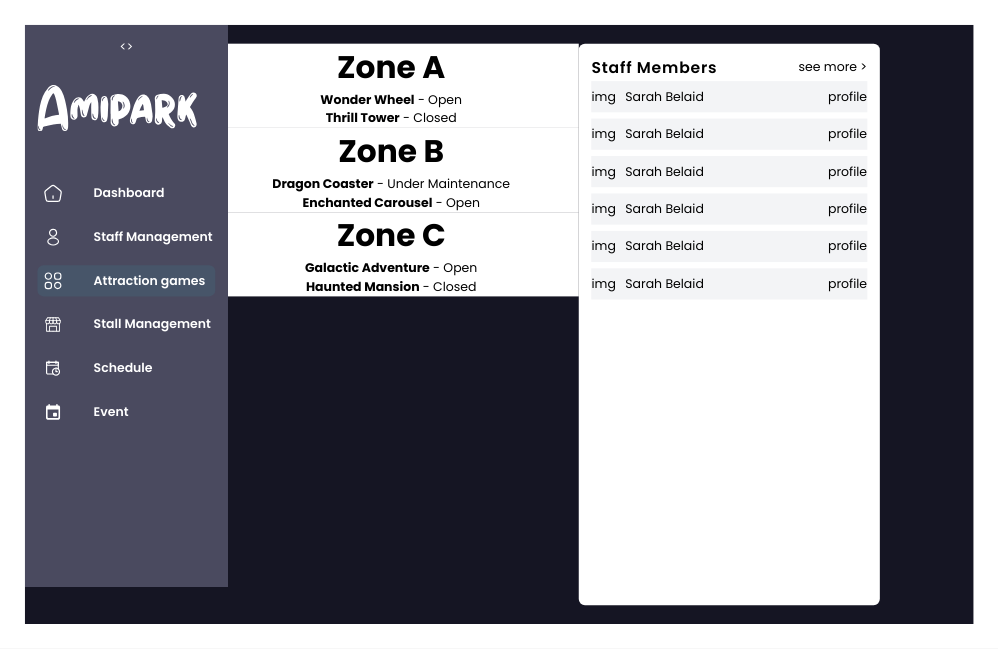
Repository: ImedBousakhria/BDD_AmusementPark_Management-Info
Page: /Attraction (app in client/)
An editor plug-in stored every save of this project. The page is shown before and after a run of saves, followed by the edit.
The browser window is 1280 px wide. The pictures show the whole page, at 78% of full size.
The project was rebuilt for these pictures with package versions that can differ from the ones it lists, and the page was loaded fresh each time. Also part of the build but not shown: client/vite.config.js, client/src/SignIn.jsx, client/src/Signup.jsx, client/src/LandingPage.jsx, client/src/components/Selector.jsx, client/src/Schedule.jsx, client/src/components/charts/AttendanceBars.jsx, client/src/components/charts/AttractionBars.jsx and 7 more.

Above is the page before, as saved 2024-01-10 14:30:12.

### client/src/App.jsx
import React from "react";
import ReactDOM from "react-dom/client";
import { createRoot } from "react-dom/client";

import { BrowserRouter, Routes, Route } from "react-router-dom";

import SignIn from "./SignIn.jsx";
import SignUp from "./Signup.jsx";
import "./index.css";
import LandingPage from "./LandingPage.jsx";
import Schedule from "./Schedule.jsx";
import Dashboard from "./Dashboard.jsx";
import HomeLayout from "./components/super/HomeLayout.jsx";
import Attractions from "./Attractions.jsx";
import Event from "./Event.jsx";
import Stall from "./Stall.jsx";
import Staff from "./Staff.jsx";

const App = () => {
  return (
    <BrowserRouter>
      <Routes>
        <Route path={"/"} element={<LandingPage />} />

        <Route path={"/Signup"} element={<SignUp />} />
        <Route path={"/Signin"} element={<SignIn />} />
        <Route
          path={"/Schedule"}
          element={<HomeLayout pageComponent={<Schedule />} />}
        />
        <Route
          path={"/Home"}
          element={<HomeLayout pageComponent={<Dashboard />} />}
        />
        <Route
          path={"/Attraction"}
          element={<HomeLayout pageComponent={<Attractions />} />}
        />
        <Route
          path={"/Event"}
          element={<HomeLayout pageComponent={<Event />} />}
        />
        <Route
          path={"/Stall"}
          element={<HomeLayout pageComponent={<Stall />} />}
        />
        <Route
          path={"/Staff"}
          element={<HomeLayout pageComponent={<Staff />} />}
        />
      </Routes>
    </BrowserRouter>
  );
};

export default App;

const root = createRoot(document.getElementById("root"));
root.render(<App />);

### client/src/index.css
@import url("https://fonts.googleapis.com/css2?family=Poppins:wght@100;300;400;500;600;700&display=swap");

@tailwind base;
@tailwind components;
@tailwind utilities;

@layer base {
  a {
    @apply cursor-pointer;
  }
  h1 {
    @apply text-[50px] font-bold;
  }
  h2 {
    @apply text-[2.5rem] font-bold;
  }
  p {
  }
  h3 {
  }
  h4 {
    @apply text-[1rem] font-semibold;
  }
  textarea {
  }
  input {
  }
  select {
  }
}

* {
  font-family: "Poppins", sans-serif;
  box-sizing: border-box;
  padding: 0;
  margin: 0;
}

.bg-grad {
  background: linear-gradient(180deg, transparent 0%, #272741 80%);
}

.VerticalAppointment-content {
  width: max-content;
  color: "#333" !important ;
}
.Appointment-appointment {
  color: "#333" !important ;
}

.MainLayout-stickyElement {
  color: "#fff" !important;
}

.css-1675apn-MuiTableCell-root .Cell-highlightedText {
}


.nav-item::after {
  content: "";
  display: block;
  width: 0;
  height: 2px;
  margin-top: 2px;
  background-color: rgb(102, 209, 243);
  transition: width 0.3s;
}

.nav-item:hover::after {
  width: 100%;
}

.VerticalAppointment-title, .VerticalAppointment-textContainer {
  @apply text-gray-400 font-light
}

### client/src/components/super/HomeLayout.jsx
import React, { useState } from "react";
import SideBar from "./SideBar";

const HomeLayout = ({ pageComponent }) => {
  const [isSidebarOpen, setIsSidebarOpen] = useState(true);

  return (
    <div className=" flex bg-darkBG">
      <div
        className={` transition-all duration-300 ${
          isSidebarOpen ? " basis-[17%] " : " basis-[9%]"
        } `}
      >
        <SideBar
          isSidebarOpen={isSidebarOpen}
          setIsSidebarOpen={setIsSidebarOpen}
        />
      </div>

      <div
        className={` ${
          isSidebarOpen ? " basis-[80%] " : " basis-[80%]"
        } h-full w-full m-6 `}
      >
        {pageComponent}
      </div>
    </div>
  );
};

export default HomeLayout;

### client/src/Attractions.jsx
import React from "react";
import StaffList from "./components/StaffList";
import { zones } from "./consts";

const Attractions = () => {
  return (
    <div className="flex min-h-screen">
      <div className="basis-[50%]">
        {zones.map((zone, zoneIndex) => (
          <div key={zoneIndex} className="bg-white">
            <h2>{zone.title}</h2>
            <div>
              {zone.games.map((game, gameIndex) => (
                <div key={gameIndex}>
                  <strong>{game.title}</strong> - {game.status}
                </div>
              ))}
            </div>
          </div>
        ))}
      </div>

      <div className="basis-[50%]">
        <StaffList />
      </div>
    </div>
  );
};

export default Attractions;

### client/src/components/StaffList.jsx
import React from "react";
import StaffMember from "./StaffMember";

const data = [
  {
    firstName: "Sarah",
    lastName: "Belaid",
    email: "s.belaid@gmail.com",
  },
  {
    firstName: "Sarah",
    lastName: "Belaid",
    email: "s.belaid@gmail.com",
  },
  {
    firstName: "Sarah",
    lastName: "Belaid",
    email: "s.belaid@gmail.com",
  },
  {
    firstName: "Sarah",
    lastName: "Belaid",
    email: "s.belaid@gmail.com",
  },
  {
    firstName: "Sarah",
    lastName: "Belaid",
    email: "s.belaid@gmail.com",
  },
  {
    firstName: "Sarah",
    lastName: "Belaid",
    email: "s.belaid@gmail.com",
  },
];

const StaffList = () => {
  return (
    <div className="bg-white p-4 flex flex-col h-full w-[80%] rounded-lg ">
      <div className="flex justify-between items-center">
        {" "}
        <h3 className=" text-xl font-semibold tracking-wider">Staff Members</h3>
        <a href="" className="flex items-center">
          see more {">"}
        </a>
      </div>
      {data.map((el, i) => (
        <StaffMember element={el} />
      ))}
    </div>
  );
};

export default StaffList;

### client/src/components/super/SideBar.jsx
import React, { useState } from "react";
import logo from "../../assets/icons/logo.svg";
import game from "../../assets/nav icons/attractions.svg";
import dashboard from "../../assets/nav icons/dashboard.svg";
import event from "../../assets/nav icons/event.svg";
import schedule from "../../assets/nav icons/schedule.svg";
import staff from "../../assets/nav icons/staff.svg";
import stall from "../../assets/nav icons/stall.svg";
import { Link, useLocation } from "react-router-dom";
import { motion } from "framer-motion";

const SideBar = ({ isSidebarOpen, setIsSidebarOpen }) => {
  const location = useLocation();
  const sidebarVariants = {
    open: { width: "260px" }, // Width while SideBar's open
    closed: { width: "70px" }, // Closed
  };

  const sidebarTransition = {
    type: "tween",
    duration: 0.3,
  };

  const toggleSidebar = (state) => {
    state === "on" ? setIsSidebarOpen(true) : setIsSidebarOpen(false);
  };

  return (
    <motion.div
      variants={sidebarVariants}
      initial="open"
      transition={sidebarTransition}
      animate={isSidebarOpen ? "open" : "closed"}
      className={`fixed h-screen bg-lightBG text-white p-4 flex flex-col `}
    >
      <div>
        <div className=" flex flex-col gap-[2rem]">
          <h3
            className="cursor-pointer"
            onClick={() => setIsSidebarOpen(!isSidebarOpen)}
          >
            {"<>"}
          </h3>
          <img
            src={logo}
            alt="Your Logo"
            className={`transition-transform origin-left duration-300      ${
              isSidebarOpen ? " scale-90" : ""
            }

            } `}
          />
        </div>
      </div>
      <div className="mt-10">
        <ul className="">
          <SidebarButton
            barState={isSidebarOpen}
            to="/home"
            icon={dashboard}
            text="Dashboard"
            currentPath={location.pathname}
            onClick={() => toggleSidebar("on")}
          />
          <SidebarButton
            barState={isSidebarOpen}
            to="/Staff"
            icon={staff}
            text="Staff Management"
            currentPath={location.pathname}
            onClick={() => toggleSidebar("on")}
          />
          <SidebarButton
            barState={isSidebarOpen}
            to="/Attraction"
            icon={game}
            text="Attraction games"
            currentPath={location.pathname}
            onClick={() => toggleSidebar("on")}
          />
          <SidebarButton
            barState={isSidebarOpen}
            to="/Stall"
            icon={stall}
            text="Stall Management"
            currentPath={location.pathname}
            onClick={() => toggleSidebar("on")}
          />

          <SidebarButton
            barState={isSidebarOpen}
            to={"/schedule"}
            icon={schedule}
            text="Schedule"
            currentPath={location.pathname}
            /* onClick={() => {
              toggleSidebar("on");
              toggleDropDown();
            }} */
            /* "Remove Token from Local Storage"); */
          />
          <SidebarButton
            barState={isSidebarOpen}
            to="/Event"
            icon={event}
            text="Event"
            currentPath={location.pathname}
            onClick={() => toggleSidebar("on")}
          />
        </ul>
      </div>
    </motion.div>
  );
};

function SidebarButton({ to, icon, text, currentPath, onClick, barState }) {
  const isCurrent = to === currentPath;

  return (
    <li onClick={onClick}>
      <Link
        to={to}
        className={`flex items-center p-2 rounded-lg transition-colors  my-4 flex-shrink-0 ${
          isCurrent ? " bg-slate-600" : " hover:bg-slate-800 "
        }
          `}
      >
        {/* <i className={`${icon} text-xl mr-2`} /> */}
        <img
          src={icon}
          className={` ${barState ? "  " : "  "} h-6 w-6 mr-10`}
          alt="notification"
        />

        <span
          className={`    transition-transform origin-left duration-300      ${
            barState ? "scale-100" : "scale-0"
          }
          min-w-max font-semibold monstserrat text-white `}
        >
          {text}
        </span>
      </Link>
    </li>
  );
}

export default SideBar;

### client/src/consts.js
export const zones = [
  {
    title: "Zone A",
    teams: [
      {
        name: "Team 1",
        staff: [
          { name: "Alice Johnson", email: "alice@example.com" },
          { name: "Bob Smith", email: "bob@example.com" },
        ],
      },
      {
        name: "Team 2",
        staff: [
          { name: "Charlie Brown", email: "charlie@example.com" },
          { name: "Diana Miller", email: "diana@example.com" },
        ],
      },
    ],
    games: [
      {
        title: "Wonder Wheel",
        ageRating: "E for Everyone",
        status: "Open",
      },
      {
        title: "Thrill Tower",
        ageRating: "T for Teen",
        status: "Closed",
      },
    ],
    stalls: [
      {
        name: "Stall 1",
        category: "Food",
      },
      {
        name: "Stall 2",
        category: "Gift",
      },
    ],
  },
  {
    title: "Zone B",
    teams: [
      {
        name: "Team 3",
        staff: [
          { name: "Eva Davis", email: "eva@example.com" },
          { name: "Frank Thomas", email: "frank@example.com" },
        ],
      },
      {
        name: "Team 4",
        staff: [
          { name: "Grace Wilson", email: "grace@example.com" },
          { name: "Henry Clark", email: "henry@example.com" },
        ],
      },
    ],
    games: [
      {
        title: "Dragon Coaster",
        ageRating: "Mature",
        status: "Under Maintenance",
      },
      {
        title: "Enchanted Carousel",
        ageRating: "E10+",
        status: "Open",
      },
    ],
    stalls: [
      {
        name: "Stall 3",
        category: "Food",
      },
      {
        name: "Stall 4",
        category: "Gift",
      },
    ],
  },
  {
    title: "Zone C",
    teams: [
      {
        name: "Team 5",
        staff: [
          { name: "Isaac White", email: "isaac@example.com" },
          { name: "Jessica Turner", email: "jessica@example.com" },
        ],
      },
      {
        name: "Team 6",
        staff: [
          { name: "Kevin Harris", email: "kevin@example.com" },
          { name: "Laura Evans", email: "laura@example.com" },
        ],
      },
    ],
    games: [
      {
        title: "Galactic Adventure",
        ageRating: "E10+",
        status: "Open",
      },
      {
        title: "Haunted Mansion",
        ageRating: "Mature",
        status: "Closed",
      },
    ],
    stalls: [
      {
        name: "Stall 5",
        category: "Food",
      },
      {
        name: "Stall 6",
        category: "Gift",
      },
    ],
  },
  // Add more zones as needed
];

### client/src/components/StaffMember.jsx
import React from "react";

const StaffMember = ({ element }) => {
  return (
    <div className="flex justify-between py-2 my-1 bg-gray-100">
      <div className="flex gap-3">
        <div>img</div>
        <div>
          {element.firstName} {element.lastName}
        </div>
      </div>

      <div>profile</div>
    </div>
  );
};

export default StaffMember;

### client/tailwind.config.js
/** @type {import('tailwindcss').Config} */
module.exports = {
  content: ["./src/**/*.{js,jsx,ts,tsx}"],
  theme: {
    extend: {
      colors: {
        customGray : "#F5F5F5",
        customDark : "#323134",
        customPink : "#D37A7B",
        customPurple : "#A5A4FF",
        customYellow : "#F9B234",
        customBlue : "#1ABBED",
        primaryBG: "#272741",
        lightBG: "#4A4A5F",
        darkBG: "#151523",

        creamYellow: "#FBCB77",
        creamPink: "#F1B7C1",
        creamBlue: "#66D1F3",
        creamPurple: "#BBB4D7",
        creamGreen: "#A7EAD1",
        creamOrange: "#FFCEAB",
        creamLime: "#E3E9BE"

      },
    },
  },
  plugins: [],
};

### client/src/components/GameCard.jsx
import React, { useState } from "react";
import game from "../assets/icons/game.svg";
import moredots from "../assets/icons/moredots.svg";
import Rating from "@material-ui/lab/Rating";

const GameCard = () => {
  return (
    <div className="flex flex-col bg-white h-max w-max rounded-md p-2">
      <img
        src={moredots}
        className=" w-5 place-self-end cursor-pointer hover:opacity-60"
        alt=""
      />
      <div className="flex">
        <img src={game} alt="" />
        <Details
          title={"Thriller Seeker Express"}
          genre={"Attraction"}
          age={16}
          currentStatus={"Open"}
        />
      </div>
      <small className=" text-customPink font-medium cursor-pointer place-self-end">
        See in map
      </small>
    </div>
  );
};

export default GameCard;

const Details = ({ title, userType, genre, age, currentStatus }) => {
  const [value, setValue] = useState(0);

  let statusColorClass = "";

  switch (currentStatus) {
    case "Open":
      statusColorClass = "text-green-600";
      break;
    case "Closed":
      statusColorClass = "text-red-600";
      break;
    case "Under maintenance":
      statusColorClass = "text-orange-600";
      break;
    default:
      statusColorClass = "";
  }

  return (
    <div className="flex flex-col p-3">
      <h3>{title}</h3>
      <Rating
        name="simple-controlled"
        value={value}
        readOnly={userType}
        onChange={(event, newValue) => {
          setValue(newValue);
        }}
      />
      <small className=" text-gray-400 mt-4">{genre}</small>
      <small className=" text-gray-500">+{age} years old</small>
      <p className={` ${statusColorClass} font-semibold`}>{currentStatus}</p>
    </div>
  );
};

Loaded but not shown: client/index.html (common file); client/src/App.css (common file)

After the next 4 saves:
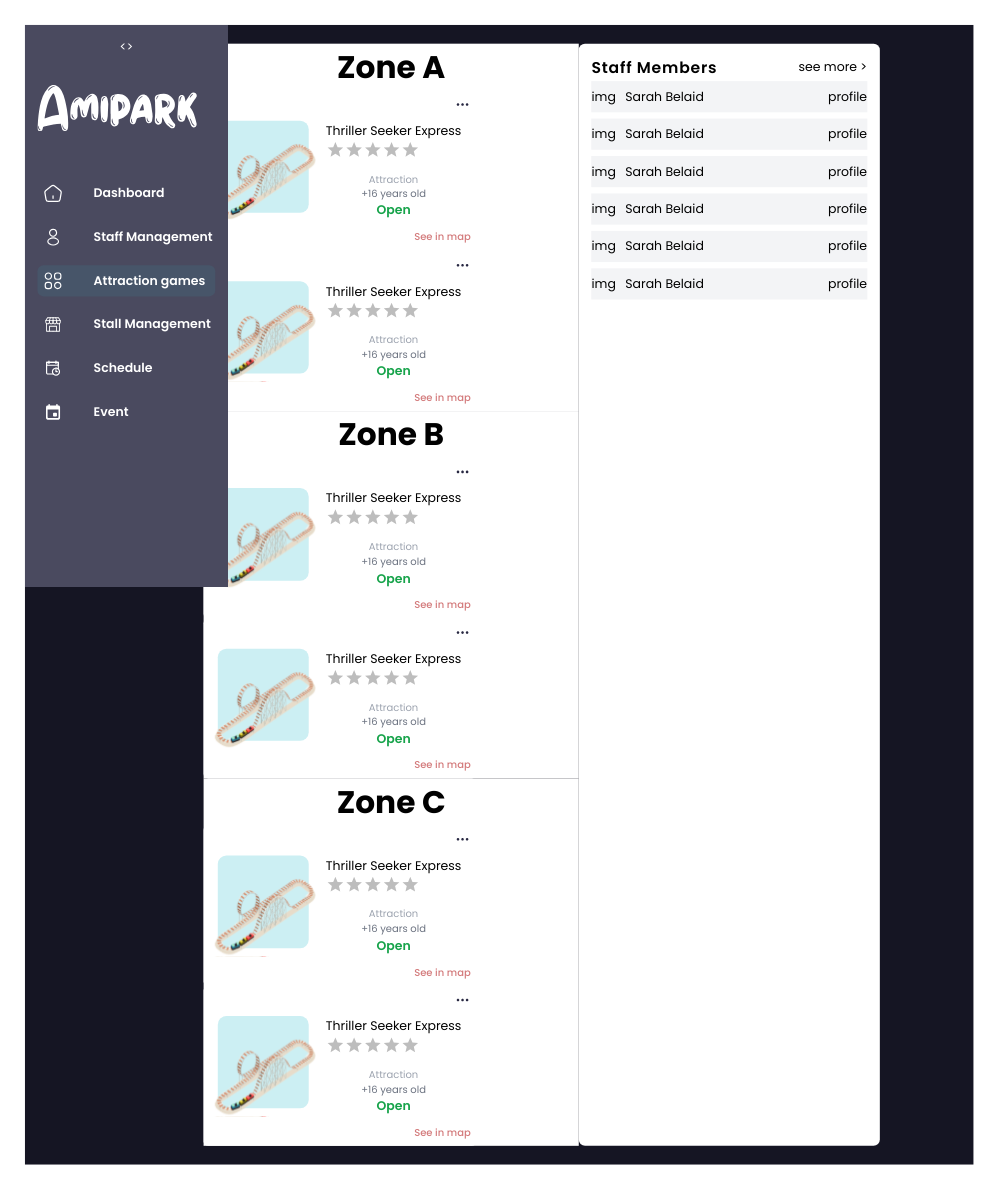
The 4 saves are shown as one change because 1 did not build or start and some came seconds apart.
The last was saved 19 s later.
--- a/client/src/Attractions.jsx
+++ b/client/src/Attractions.jsx
@@ -1,6 +1,7 @@
 import React from "react";
 import StaffList from "./components/StaffList";
 import { zones } from "./consts";
+import GameCard from "./components/GameCard";
 
 const Attractions = () => {
   return (
@@ -11,9 +12,7 @@ const Attractions = () => {
             <h2>{zone.title}</h2>
             <div>
               {zone.games.map((game, gameIndex) => (
-                <div key={gameIndex}>
-                  <strong>{game.title}</strong> - {game.status}
-                </div>
+                <GameCard />
               ))}
             </div>
           </div>
